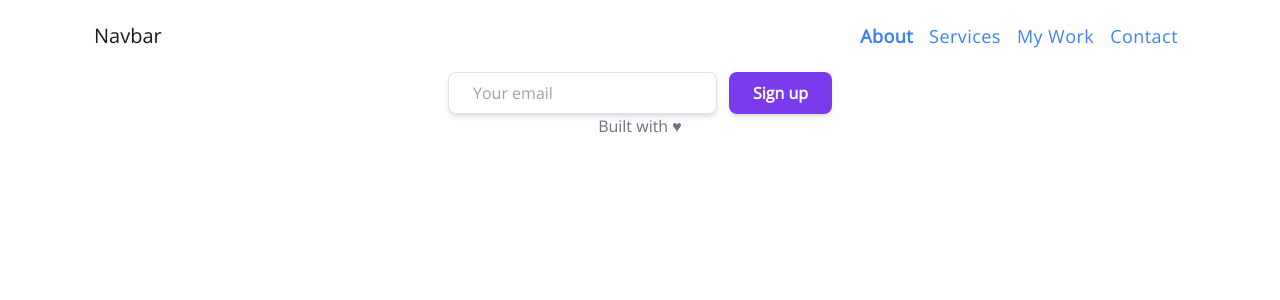
Repository: latenightsnacc/giggles
Page: HTML/search.html
An editor plug-in stored every save of this project. The page is shown before and after the next save, followed by the edit.
The browser window is 1280 px wide. The pictures show the whole page.
Some web libraries are served in a nearby version.

Above is the page before, as saved 2021-01-04 11:01:22.

### HTML/search.html
<!DOCTYPE html>
<html lang="en">
<head>
    <meta charset="UTF-8">
    <meta name="viewport" content="width=device-width, initial-scale=1.0">
    <link href="https://cdnjs.cloudflare.com/ajax/libs/tailwindcss/2.0.2/tailwind.min.css" rel="stylesheet">
    <link rel="stylesheet" href="https://stackpath.bootstrapcdn.com/font-awesome/4.7.0/css/font-awesome.min.css" />
    <link href="https://cdn.jsdelivr.net/npm/bootstrap@5.0.0-beta1/dist/css/bootstrap.min.css" rel="stylesheet" integrity="sha384-giJF6kkoqNQ00vy+HMDP7azOuL0xtbfIcaT9wjKHr8RbDVddVHyTfAAsrekwKmP1" crossorigin="anonymous">
    <link rel="stylesheet" href="stylesheet.css">
    <title>Search Page</title>
</head>
<body class="overflow-x-hidden">
    <!--Navigation-->
    <header class="container">
        <nav class="navbar navbar-expand-lg navbar-light bg-white py-3">
            <div class="container-fluid">
                <a class="navbar-brand" href="search.html">Navbar</a>
                <button class="navbar-toggler" type="button" data-bs-toggle="collapse" data-bs-target="#navbarNavDropdown" aria-controls="navbarNavDropdown" aria-expanded="false" aria-label="Toggle navigation">
                    <span class="navbar-toggler-icon"></span>
                </button>
                <div class="collapse navbar-collapse" id="navbarNavDropdown">
                    <ul class="navbar-nav ml-auto">
                    <li class="nav-item">
                        <a class="nav-link text-lg hover:underline hover:font-bold tracking-wide leading-5 active" aria-current="page" href="#">About</a>
                    </li>
                    <li class="nav-item">
                        <a class="nav-link text-lg hover:underline hover:font-bold tracking-wide leading-5" href="#">Services</a>
                    </li>
                    <li class="nav-item">
                        <a class="nav-link text-lg hover:underline hover:font-bold tracking-wide leading-5" href="#">My Work</a>
                    </li>
                    <li class="nav-item">
                        <a class="nav-link text-lg hover:underline hover:font-bold tracking-wide leading-5" href="#">Contact</a>
                    </li>
                    </ul>
                </div>
            </div>
        </nav>
    </header>
    <main>
        <div class="container">
            <form class="flex w-full max-w-sm mx-auto space-x-3">
                <input class="flex-1 appearance-none border border-transparent w-full py-2 px-4 bg-white text-gray-700 placeholder-gray-400 shadow-md rounded-lg text-base focus:outline-none focus:ring-2 focus:ring-purple-600 focus:border-transparent" type="email" placeholder="Your email">
                <button class="flex-shrink-0 bg-purple-600 text-white text-base font-semibold py-2 px-4 rounded-lg shadow-md hover:bg-purple-700 focus:outline-none focus:ring-2 focus:ring-purple-500 focus:ring-offset-2 focus:ring-offset-purple-200" type="button">
                  Sign up
                </button>
              </form>
        </div>
    </main>
    <footer class="text-center text-l text-blue-500 font-semibold">

        <p class="text-gray-500">Built with &hearts;</p>

    <script src="https://cdn.jsdelivr.net/npm/bootstrap@5.0.0-beta1/dist/js/bootstrap.bundle.min.js" integrity="sha384-ygbV9kiqUc6oa4msXn9868pTtWMgiQaeYH7/t7LECLbyPA2x65Kgf80OJFdroafW" crossorigin="anonymous"></script>

</body>
</html>

### HTML/stylesheet.css
@import url('https://fonts.googleapis.com/css2?family=Montserrat:wght@400;700&family=Open+Sans:wght@300;400&display=swap');

h1, h2, h3, h4, h5, h6 {
    font-family: 'Montserrat', sans-serif;
}
.user-info h1 {
    line-height: 60px;
    font-size: 50px;
    font-weight: 700;
    margin-top: 20px;
}
.user-info h2 {
    line-height: 27px;
    font-size: 18px;
    font-weight: 400;
    margin-top: 15px;
}
.user-info span {
    line-height: 36px;
    font-size: 30px;
    font-weight: 600;
}
.user-info p {
    margin: 5px 0;
}
.user-info button {
    margin-top: 10px;
}
p, div, a, button {
    font-family: 'Open Sans', sans-serif;
    font-weight: 300;
}

.work-experience .row:hover .text {
    border:2px solid  #3b82f6;

}
.work-experience .row:hover .flex .no {
    border:1px solid #3b82f6;

}
.nav-link {
    color: #3b82f6 !important;
}
.nav-item .active{
    font-weight: 600;
}

After the next save:
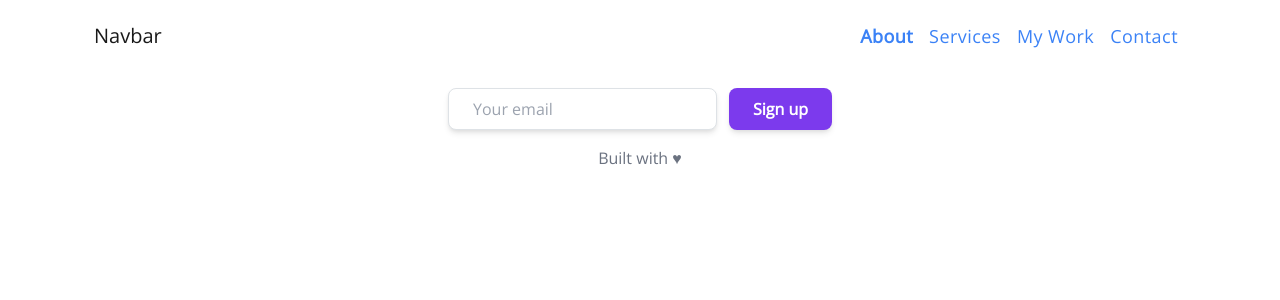
Saved 38 s later.
--- a/HTML/search.html
+++ b/HTML/search.html
@@ -39,7 +39,7 @@
     </header>
     <main>
         <div class="container">
-            <form class="flex w-full max-w-sm mx-auto space-x-3">
+            <form class="flex w-full max-w-sm mx-auto space-x-3 my-3">
                 <input class="flex-1 appearance-none border border-transparent w-full py-2 px-4 bg-white text-gray-700 placeholder-gray-400 shadow-md rounded-lg text-base focus:outline-none focus:ring-2 focus:ring-purple-600 focus:border-transparent" type="email" placeholder="Your email">
                 <button class="flex-shrink-0 bg-purple-600 text-white text-base font-semibold py-2 px-4 rounded-lg shadow-md hover:bg-purple-700 focus:outline-none focus:ring-2 focus:ring-purple-500 focus:ring-offset-2 focus:ring-offset-purple-200" type="button">
                   Sign up
